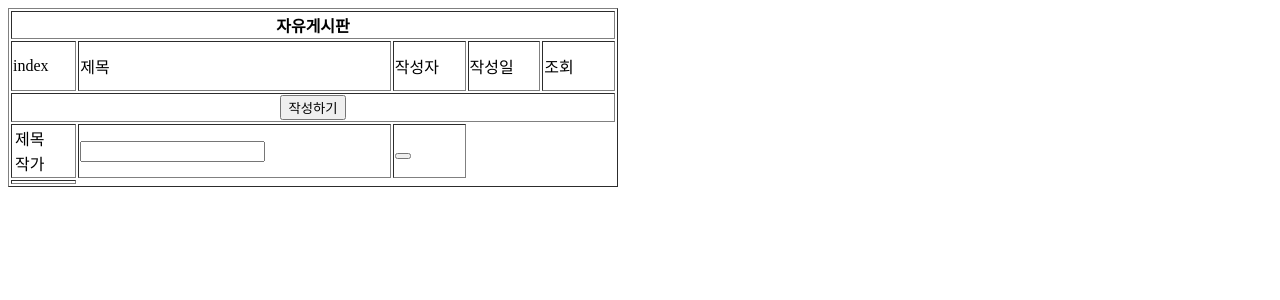
Repository: y2kim/workspace3
Page: http://localhost/WEB_MVC1_JSP_05_25/BorderList.jsp
These files come from the project's save history. The page is drawn as it stood at one moment and after the next save; the edit follows.
The browser window is 1280 px wide. The pictures show the whole page.
The page is served by Tomcat 9. Queries for data that is not in the repository find no rows.

Above is the page before, as saved 2018-06-04 07:00:46.

After the next save:
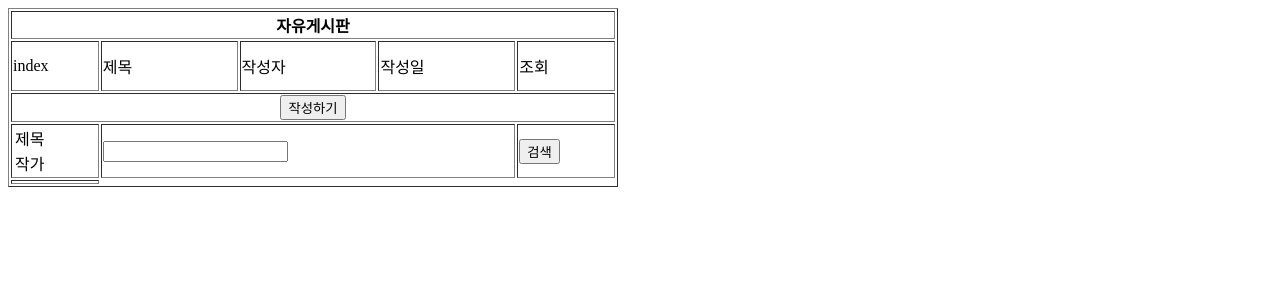
Saved 69 s later.
--- a/WEB_MVC1_JSP_05_25/WebContent/BorderList.jsp
+++ b/WEB_MVC1_JSP_05_25/WebContent/BorderList.jsp
@@ -70,8 +70,8 @@
         <option value="title">제목</option>
         <option value="writer">작가</option>
         </section></td>
-        <td><input type="text" name="search" id="search"></td>
-        <td><button type="button" id="search"></button></td>
+        <td colspan="3"><input type="text" name="search" id="search"></td>
+        <td><button type="button" id="search">검색</button></td>
         </tr>
         <tr><td style="align-content:center;" align="center"> <%=bdao.getPageNavi(currentpage)%> </td></tr>
     </table>
